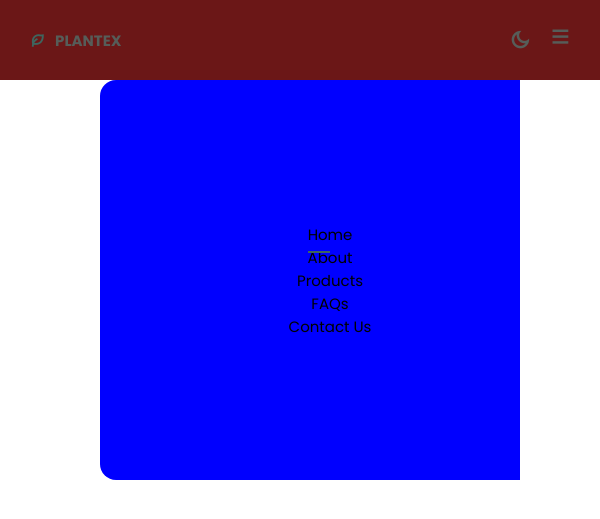
Repository: OmniaRafat232111121/plantwebsite
Page: index.html
The author's editor kept a copy of each file at every save. The page is drawn from the files as they stood at one save, then again after the next save.
The browser window is 600 px wide. The pictures show the whole page.
After loading, the first visible `#navToggle` was clicked once.

Above is the page before, as saved 2023-01-04 15:40:26.

After the next save:
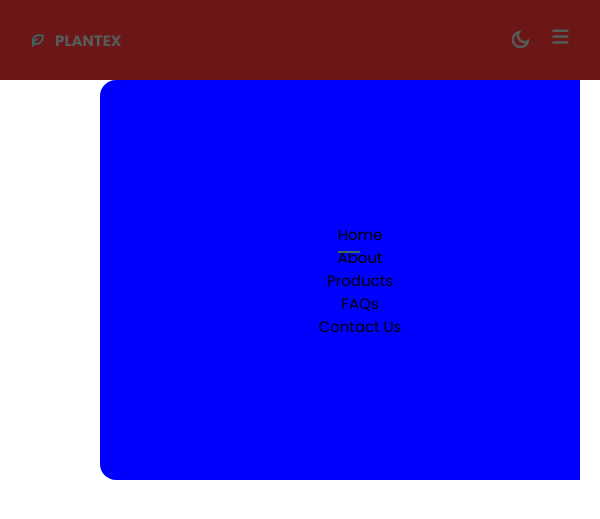
Saved 9 s later.
--- a/assets/css/styles.css
+++ b/assets/css/styles.css
@@ -221,7 +221,7 @@ display: none;
 
      position: fixed;
     background-color:blue ;
-    width: 70%;
+    width: 80%;
     height: 50%;
     top: 80px;
     right: 0px;
